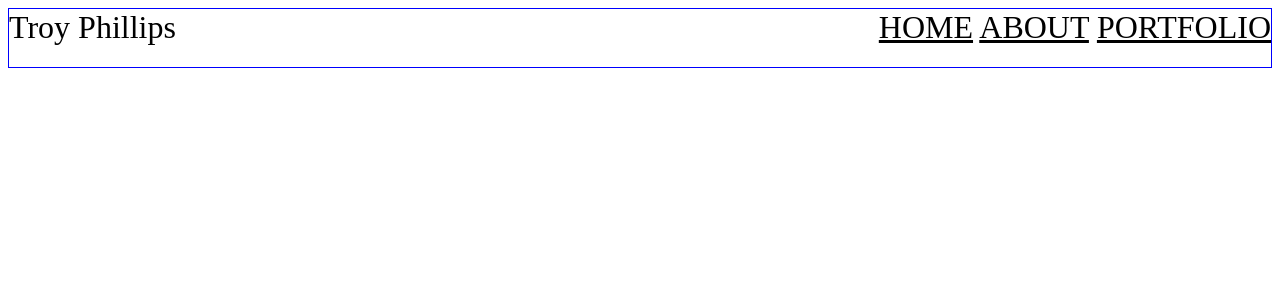
Repository: TheTroyPhillips/Personal-website
Page: index.html
These files come from the project's save history. The page is drawn as it stood at one moment and after a run of saves; the edit follows.
The browser window is 1280 px wide. The pictures show the whole page.

Above is the page before, as saved 2023-09-10 22:09:48.

### index.html
<!DOCTYPE html>
<html lang="en">
<head>
    <meta charset="UTF-8">
    <meta name="viewport" content="width=device-width, initial-scale=1.0">
    <title>Document</title>
    <link rel="stylesheet" href="style.css">
</head>
<body>

    <div class="parent">
        <div class="child">
            <span class="myname">Troy Phillips</span>
        <nav class="pages">
            <a class="active" href="/">HOME</a>
            <a href="/about.html">ABOUT</a>
            <a href="/portfolio.html">PORTFOLIO</a>
        </div>

    </div>

</body>
</html>

### style.css
.child{
    width: 100%;
    height: 60px;
    border: 1px solid blue;
    display: inline-block;
    box-sizing: border-box;
}
.myname{
    float: left;
    font-size: 2rem;
}
.pages{
    float: right;
    font-size: 2rem;
}
.pages a.active{
    color: inherit;
}
.pages a{
    color: inherit;
}

After the next 2 saves:
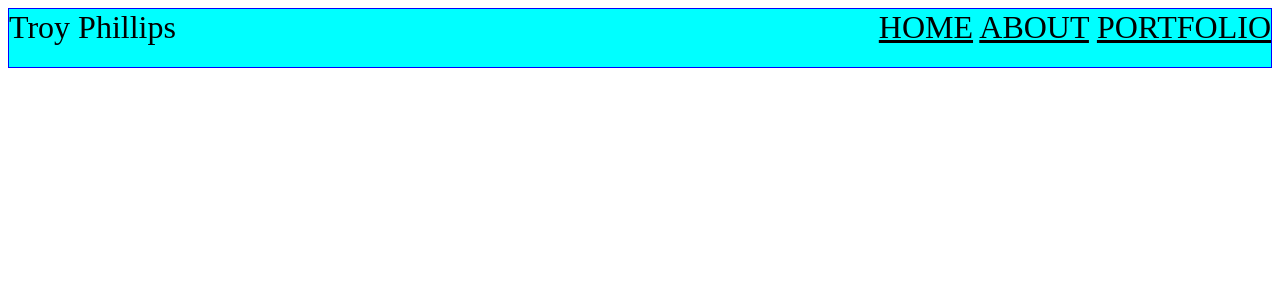
The 2 saves are shown as one change because they came seconds apart.
The last was saved 14 s later.
--- a/style.css
+++ b/style.css
@@ -4,6 +4,7 @@
     border: 1px solid blue;
     display: inline-block;
     box-sizing: border-box;
+    background-color: aqua;
 }
 .myname{
     float: left;
